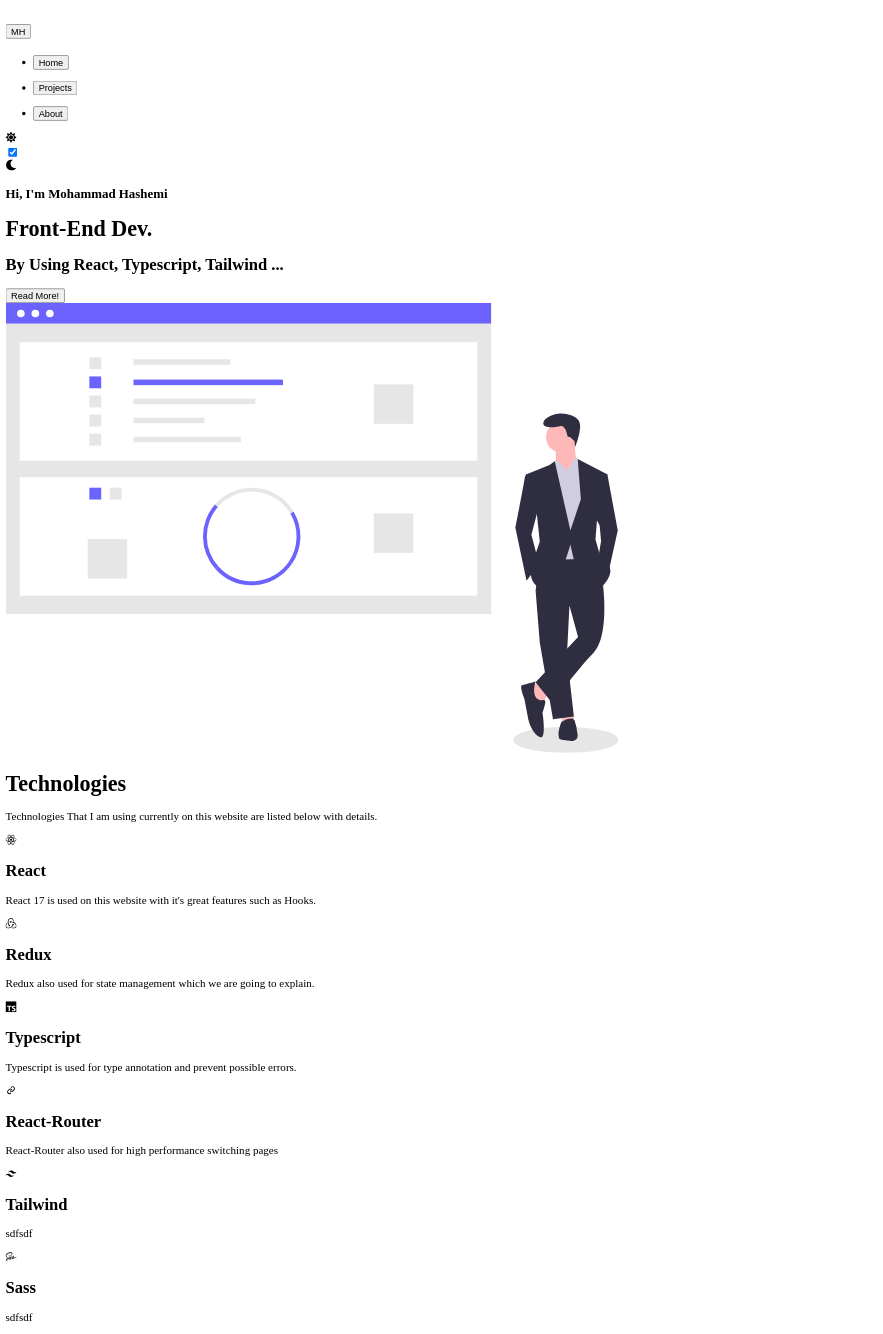
Repository: SMohammadH/react-typescript-tailwind
Page: /
These files come from the project's save history. The page is drawn as it stood at one moment and after the next save; the edit follows.
The browser window is 1280 px wide. The pictures show the whole page, at 69% of full size.
The project was rebuilt for these pictures with package versions that can differ from the ones it lists, and the page was loaded fresh each time. Also part of the build but not shown: craco.config.js.

Above is the page before, as saved 2021-02-03 09:17:25.

After the next save:
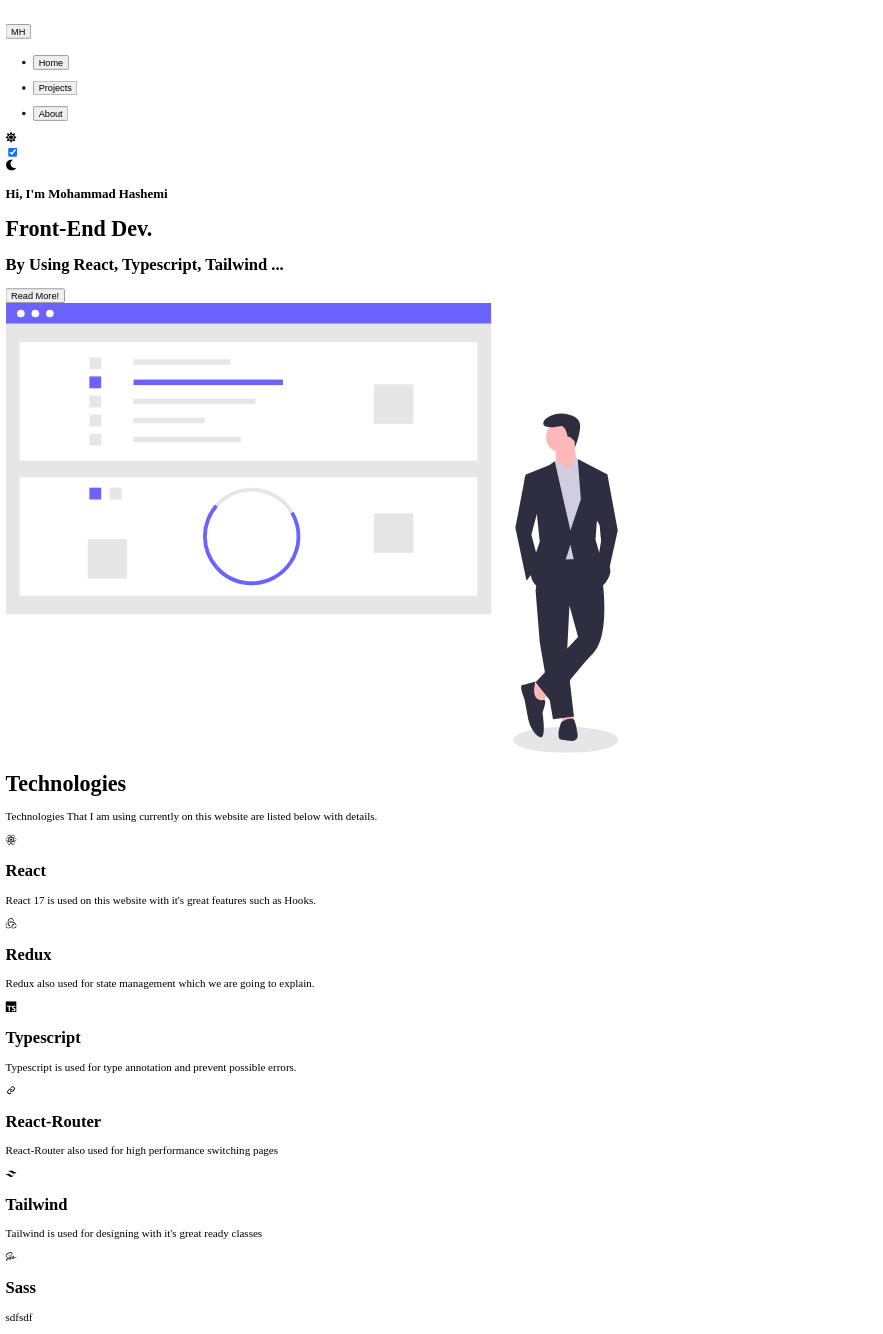
Saved 42 s later.
--- a/src/components/SecondSection.tsx
+++ b/src/components/SecondSection.tsx
@@ -18,7 +18,7 @@
   {
     reactRouter: 'React-Router also used for high performance switching pages',
   },
-  { tailwind: 'sdfsdf' },
+  { tailwind: `Tailwind is used for designing with it's great ready classes` },
   { sass: 'sdfsdf' },
 ];
 console.log(text[0].react);
